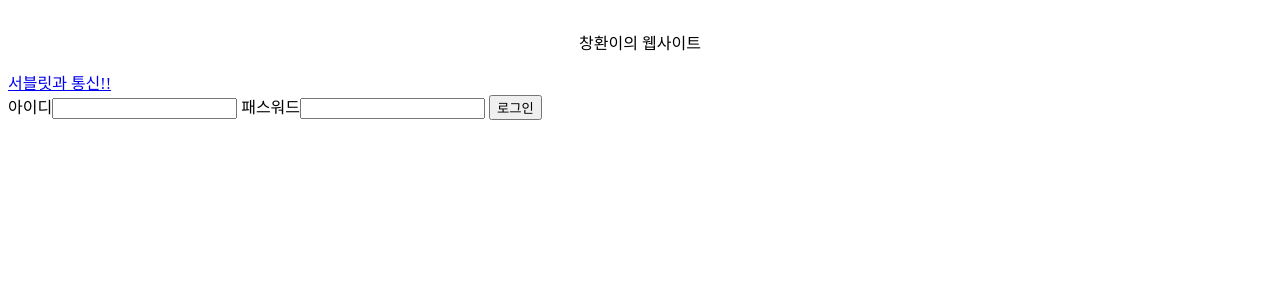
Repository: nohchanghwan/Java_study
Page: http://localhost/0724_frameworkWEB/main.jsp
The author's editor kept a copy of each file at every save. The page is drawn from the files as they stood at one save, then again after the next save.
The browser window is 1280 px wide. The pictures show the whole page.
The page is served by Tomcat 9. Other server files are loaded and not shown.

Above is the page before, as saved 2017-07-24 07:27:36.

### 0724_frameworkWEB/webapp/main.jsp
<%@ page language="java" contentType="text/html; charset=EUC-KR"
    pageEncoding="EUC-KR"%>

<!DOCTYPE html PUBLIC "-//W3C//DTD HTML 4.01 Transitional//EN" "http://www.w3.org/TR/html4/loose.dtd">
<html>
<head>
<meta http-equiv="Content-Type" content="text/html; charset=EUC-KR">
<title>Insert title here</title>
</head>
<body>
	<div align="center" style="margin-top:30px">
	  창환이의 웹사이트
	</div><p>
	<div align="left">
		<a href="./test.do?id=nochang&pwd=0701">서블릿과 통신!!</a>
		<form action="login.do" method="post">
			아이디<input type="text" name="id"/>
			패스워드<input type="password" name="pwd"/>
			<input type="submit" value="로그인"/>
		</form>
	</div>
</body>
</html>

After the next save:
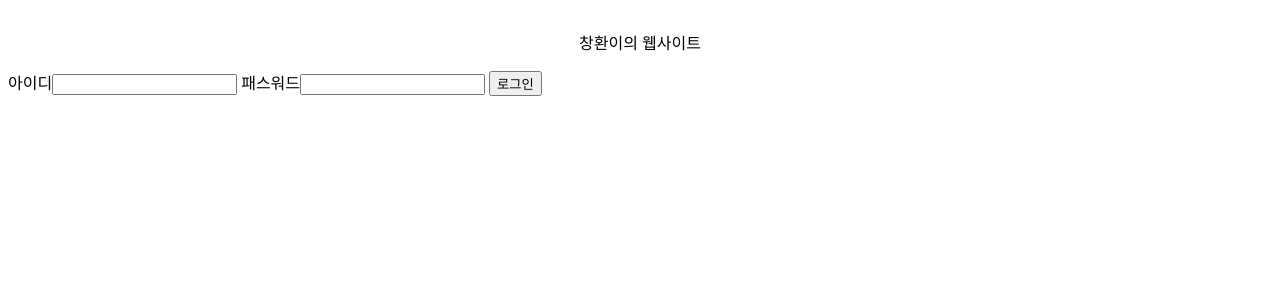
Saved 1 s later.
--- a/0724_frameworkWEB/webapp/main.jsp
+++ b/0724_frameworkWEB/webapp/main.jsp
@@ -1,6 +1,6 @@
 <%@ page language="java" contentType="text/html; charset=EUC-KR"
     pageEncoding="EUC-KR"%>
-
+<%@ page import ="user.model.vo.UserVO"%>
 <!DOCTYPE html PUBLIC "-//W3C//DTD HTML 4.01 Transitional//EN" "http://www.w3.org/TR/html4/loose.dtd">
 <html>
 <head>
@@ -12,11 +12,17 @@
 	  창환이의 웹사이트
 	</div><p>
 	<div align="left">
-		<a href="./test.do?id=nochang&pwd=0701">서블릿과 통신!!</a>
+		<%
+		UserVO result = (UserVO)session.getAttribute("loginUser");
+		if(result!=null){
+		%>
+			<%= result.getEmail() + "님 환영합니다." %>
+		<% }else{ %>
 		<form action="login.do" method="post">
-			아이디<input type="text" name="id"/>
-			패스워드<input type="password" name="pwd"/>
-			<input type="submit" value="로그인"/>
+		아이디<input type="text" name="id"/>
+		패스워드<input type="password" name="pwd"/>
+		<input type="submit" value="로그인"/>
+		<% } %>
 		</form>
 	</div>
 </body>
